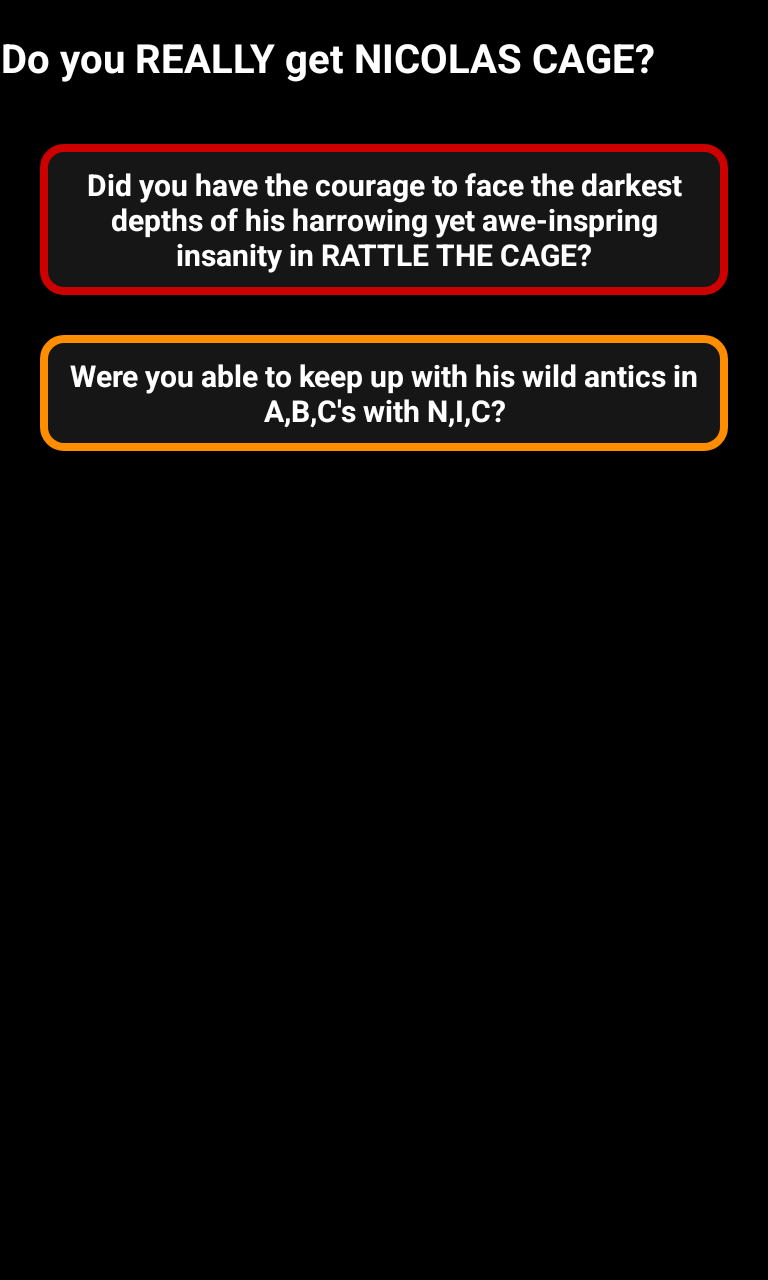
Repository: kylenicola/NicCageMobileApp
Layout: NicolasCageApp/res/layout/activity_score_menu.xml
An editor plug-in stored every save of this project. The layout is shown before and after the next save, followed by the edit.
It is drawn on a 768 x 1280 px phone screen (xhdpi) without system bars, with theme AppTheme; the app's code is not run.

Above is the layout before, as saved 2014-12-04 02:46:34.

After the next save:
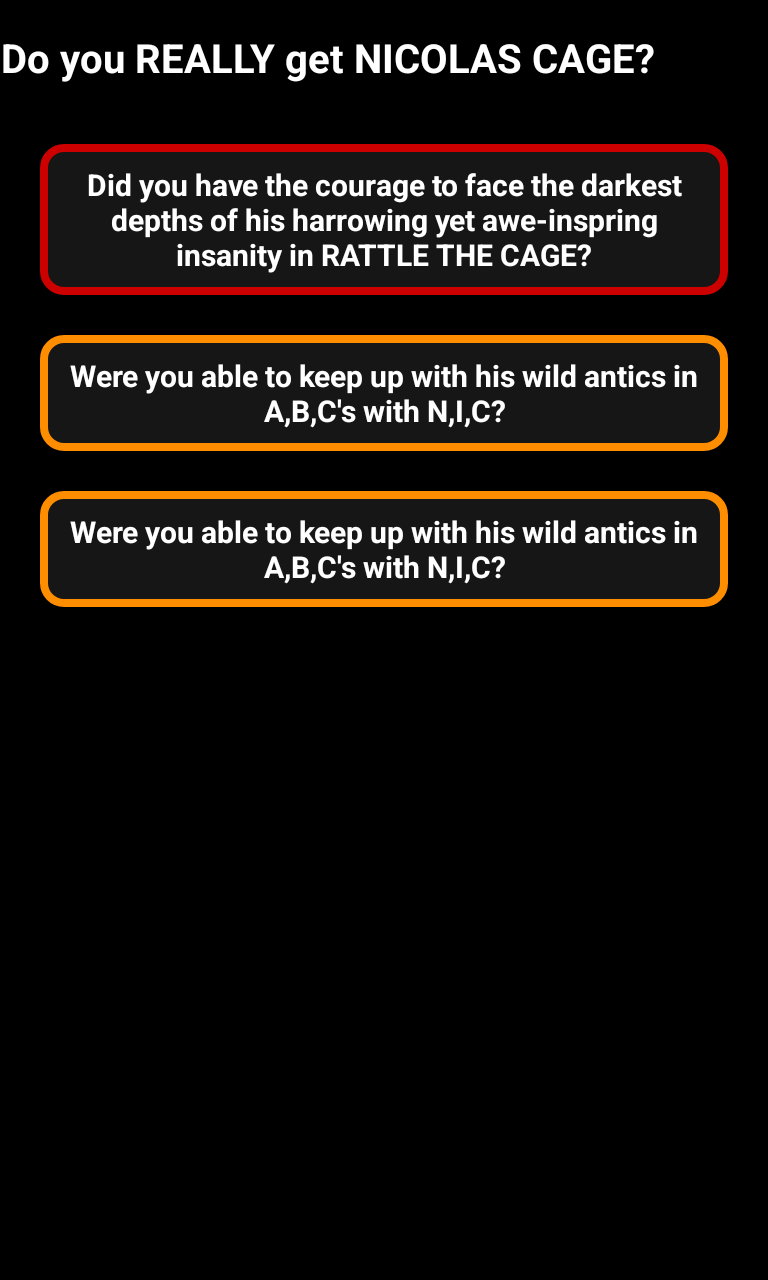
Saved 116 s later.
--- a/NicolasCageApp/res/layout/activity_score_menu.xml
+++ b/NicolasCageApp/res/layout/activity_score_menu.xml
@@ -48,6 +48,19 @@
 	    android:OnClick="onClickABCsScore" />
 
 
-
+	 <Button
+		android:id="@+id/button_scoreABCs"
+	    android:layout_width="wrap_content"
+	    android:layout_height="wrap_content"
+	    android:layout_gravity="center"
+	    android:layout_marginTop="20dp"
+	    android:layout_marginLeft="20dp"
+	    android:layout_marginRight="20dp"
+	    android:background="@drawable/score_menu_abcs_button_style"
+	    android:text="@string/abcs_score_description"
+	    android:textColor="@android:color/white"
+	    android:textStyle="bold"
+	    android:textSize="15sp"
+	    android:OnClick="onClickABCsScore" />
 
 </LinearLayout>
